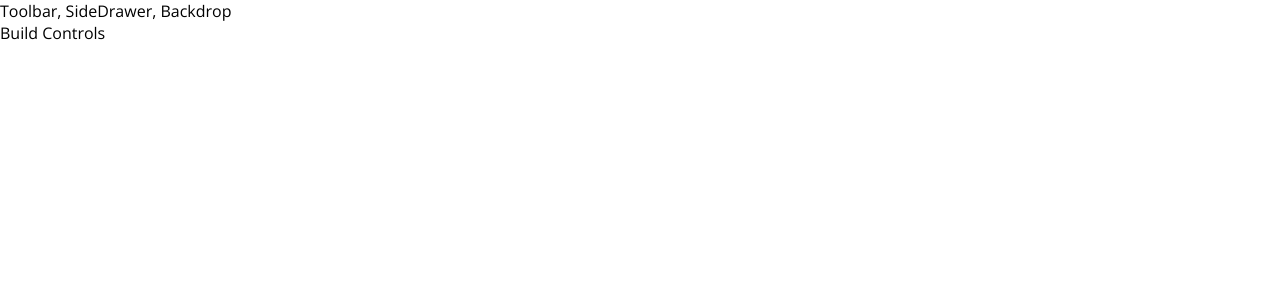
Repository: legil/burger-app
Page: /
These files come from the project's save history. The page is drawn as it stood at one moment and after the next save; the edit follows.
The browser window is 1280 px wide. The pictures show the whole page.
The project was rebuilt for these pictures with package versions that can differ from the ones it lists, and the page was loaded fresh each time. Also part of the build but not shown: src/components/Layout/Layout.css, src/components/Burger/Burger.css, src/components/Burger/BurgerIngredient/BurgerIngredient.css.

Above is the page before, as saved 2019-04-18 23:52:49.

### public/index.html
<!DOCTYPE html>
<html lang="en">
  <head>
    <meta charset="utf-8" />
    <link rel="shortcut icon" href="%PUBLIC_URL%/favicon.ico" />
    <meta
      name="viewport"
      content="width=device-width, initial-scale=1, shrink-to-fit=no"
    />
    <meta name="theme-color" content="#000000" />
    <!--
      manifest.json provides metadata used when your web app is installed on a
      user's mobile device or desktop. See https://developers.google.com/web/fundamentals/web-app-manifest/
    -->
    <link rel="manifest" href="%PUBLIC_URL%/manifest.json" />
    <!--
      Notice the use of %PUBLIC_URL% in the tags above.
      It will be replaced with the URL of the `public` folder during the build.
      Only files inside the `public` folder can be referenced from the HTML.

      Unlike "/favicon.ico" or "favicon.ico", "%PUBLIC_URL%/favicon.ico" will
      work correctly both with client-side routing and a non-root public URL.
      Learn how to configure a non-root public URL by running `npm run build`.
    -->
    <link href="https://fonts.googleapis.com/css?family=Open+Sans:400,700" rel="stylesheet">
    <title>My Burger</title>
  </head>
  <body>
    <noscript>You need to enable JavaScript to run this app.</noscript>
    <div id="root"></div>
    <!--
      This HTML file is a template.
      If you open it directly in the browser, you will see an empty page.

      You can add webfonts, meta tags, or analytics to this file.
      The build step will place the bundled scripts into the <body> tag.

      To begin the development, run `npm start` or `yarn start`.
      To create a production bundle, use `npm run build` or `yarn build`.
    -->
  </body>
</html>

### src/components/Layout/Layout.js
import React from 'react';
import Aux from '../../hoc/Auxiliary';
import classes from './Layout.css';

const layout = (props) => (
    <Aux>
        <div>
            Toolbar, SideDrawer, Backdrop
        </div>

        <main className={classes.Content}>
            {props.children}
        </main>
    </Aux>
);

export default layout;

### src/containers/BurgerBuilder/BurgerBuilder.js
import React, { Component } from 'react';

import Aux from '../../hoc/Auxiliary';
import Burger from '../../components/Burger/Burger';


class BurgerBuilder extends Component{
//     constructor(props){
//         super(props);
//         this.state - {...}
//     }

state = {
    ingredients: {
        salad: 1,
        bacon: 1,
        cheese: 2,
        meat: 2
    }
}


    render () {
        return (
            <Aux>
                <Burger ingredients = {this.state.ingredients} />
                <div>Build Controls</div>

            </Aux>

        );
    }
}

export default BurgerBuilder;

### src/components/Burger/Burger.js
import React from 'react';

import classes from './Burger.css';
import BurgerIngredient from './BurgerIngredient/BurgerIngredient';

const burger = (props) => {
    //transform object of key value pairs into an array of ingredients (type and quantitity)
    let transformedIngredients = Object.keys(props.ingredients)
                                    .map(igKey => {
                                        return [...Array(props.ingredients[igKey])].map((_, i) => {
                                            return <BurgerIngredient key={igKey + i} type={igKey} />
                                        });
                                    } ).reduce((arr, el) => {
                                        return arr.concat(el)
                                    }, []);
    if(transformedIngredients.length === 0){
        transformedIngredients = <p>Please add your burger ingredients</p>

    }
    return(
        <div className = {classes.Burger}>
            <BurgerIngredient type="bread-top"/>
            {transformedIngredients}
            <BurgerIngredient type="bread-bottom"/>
        </div>
    );
};

export default burger;

### src/components/Burger/BurgerIngredient/BurgerIngredient.js
import React, { Component } from 'react';
import classes from './BurgerIngredient.css';
import PropTypes from 'prop-types';

class BurgerIngredient extends Component{
    render(){

    let ingredient = null;

    switch(this.props.type) {
        case ('bread-bottom'):
            ingredient = <div className={classes.BreadBottom}> </div>;
            break;
        case ('bread-top'):
            ingredient = (
                <div className = {classes.BreadTop}>
                    <div className = {classes.Seeds1}></div>
                    <div className = {classes.Seeds2}></div>
                </div>
            );
            break;
        case ('meat'):
                ingredient = <div className = {classes.Meat}></div>;
                break;
        case ('cheese'):
                ingredient = <div className = {classes.Cheese}></div>;
                break;
        case ('salad'):
                ingredient = <div className = {classes.Salad}></div>;
                break;
        case ('bacon'):
                ingredient = <div className = {classes.Bacon}></div>;
                break;
        default:
            ingredient = null;

    }

    return ingredient;
}
}

BurgerIngredient.propTypes = {
    type: PropTypes.string.isRequired
};

export default BurgerIngredient;

Loaded but not shown: src/index.js (common file); src/index.css (common file); src/App.js (common file); src/serviceWorker.js (common file); src/hoc/Auxiliary.js (common file)

After the next save:
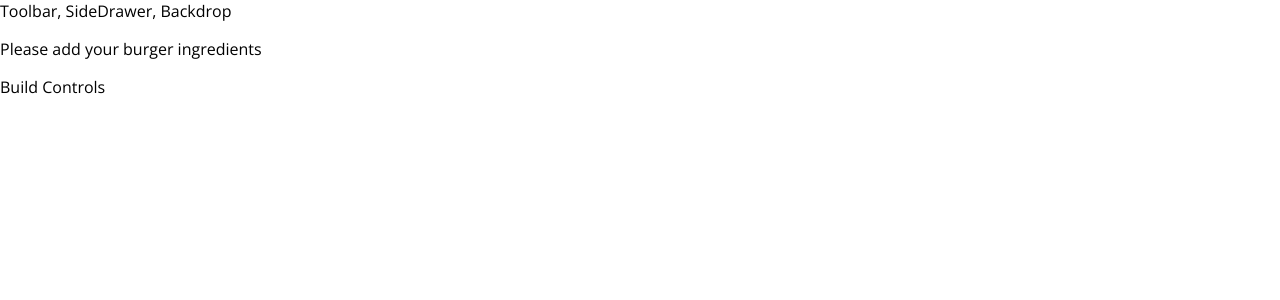
Saved 12 s later.
--- a/src/containers/BurgerBuilder/BurgerBuilder.js
+++ b/src/containers/BurgerBuilder/BurgerBuilder.js
@@ -12,10 +12,10 @@
 
 state = {
     ingredients: {
-        salad: 1,
-        bacon: 1,
-        cheese: 2,
-        meat: 2
+        salad: 0,
+        bacon: 0,
+        cheese: 0,
+        meat: 0
     }
 }
 

After the save that followed:
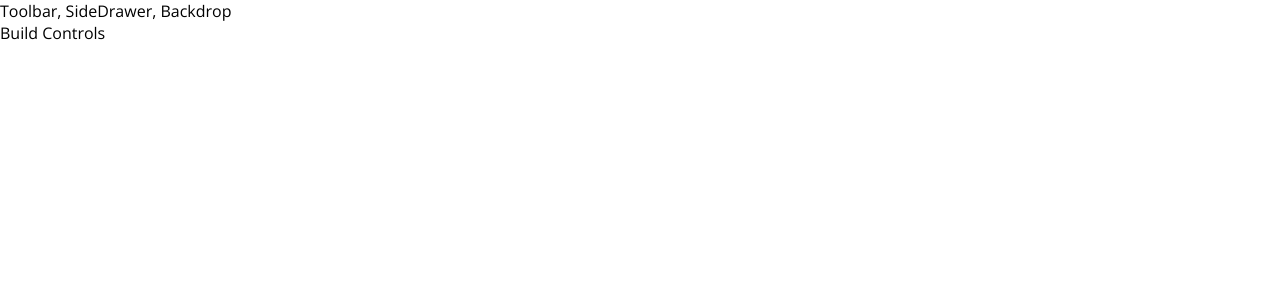
Saved 8 s later.
--- a/src/containers/BurgerBuilder/BurgerBuilder.js
+++ b/src/containers/BurgerBuilder/BurgerBuilder.js
@@ -13,7 +13,7 @@
 state = {
     ingredients: {
         salad: 0,
-        bacon: 0,
+        bacon: 1,
         cheese: 0,
         meat: 0
     }
